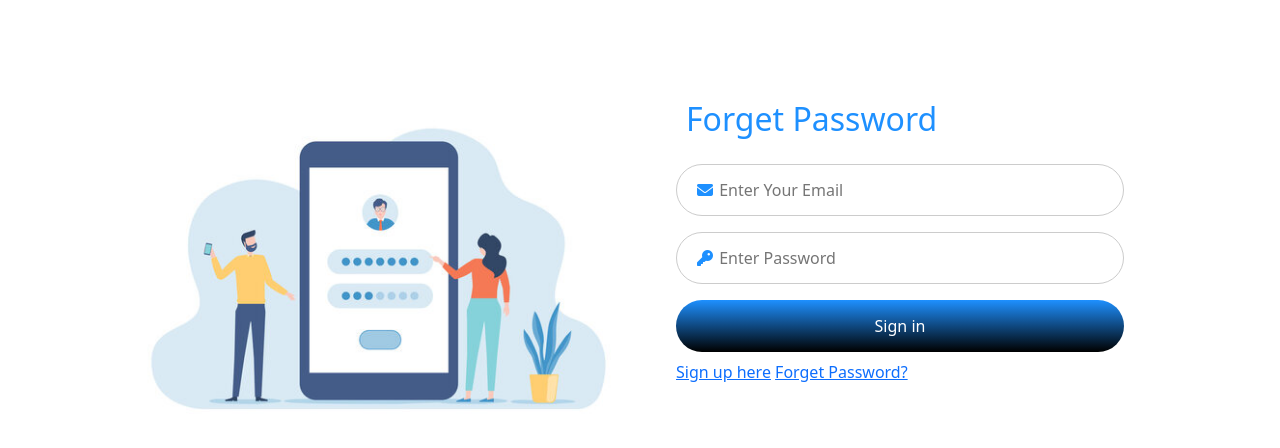
Repository: Sadia-Naveed-Shaikh/JavaScript-Website
Page: src/forgetPassword.html
These files come from the project's save history. The page is drawn as it stood at one moment and after the next save; the edit follows.
The browser window is 1280 px wide. The pictures show the whole page.
Some web libraries are served in a nearby version.

Above is the page before, as saved 2021-10-28 16:09:33.

### src/forgetPassword.html
<!DOCTYPE html>
<html>

<head>
    <meta charset="utf-8">
    <meta name="viewport" content="width=device-width, initial-scale=1.0">
    <title>Login</title>
    <link href="https://cdn.jsdelivr.net/npm/bootstrap@5.1.1/dist/css/bootstrap.min.css" rel="stylesheet">
    <script src="https://cdn.jsdelivr.net/npm/bootstrap@5.1.1/dist/js/bootstrap.bundle.min.js"></script>
    <script src="https://kit.fontawesome.com/2246d8fd03.js" crossorigin="anonymous"></script>
    <link rel="stylesheet" href="/assets/css/signin.css">
    <!-- <script type="text/javascript" src="/assets/script/signin.js"></script> -->

    <script>
        // Below function Executes on click of login button.
        function validate() {
            var email = document.getElementById("email").value;
            var password = document.getElementById("password").value;
            console.log(email);
            console.log(password);
            var user = JSON.parse(localStorage.getItem("users"));
            // console.log(user.password);
            for (var i = 0; i < user.length; i++) {
                if (user[i].email == email){
                    user[i].password == password;
                }

            }
        }

    </script>
</head>

<body>
    <div class="container">
        <div class="row">
            <div class="col-sm-6" style="align-items: center; justify-content: center;">
                <img src="/assets/images/signup.jpg" style="width: 100%; height: auto;">
            </div>
            <div class="col-sm-6">
                <form>
                    <div class="container">
                        <h2 style="padding:10px; color: dodgerblue;">Forget Password</h2>
                        <div class="input-container">
                            <i class="fa fa-envelope icon"></i>
                            <input type="text" placeholder="Enter Your Email " name="email" id="email" required>

                        </div>

                        <!-- <label for="psw"><b>Password</b></label> -->
                        <div class="input-container">
                            <i class="fa fa-key icon"></i>
                            <input type="password" placeholder="Enter Password" name="psw" id="password" required>

                        </div>
                        <button type="submit" onclick=validate()>Sign in</button>
                        <label>
                            <a href="SignUp.html">Sign up here</a>

                        </label>

                        <label>
                            <a href="forgetPassword.html">Forget Password?</a>

                        </label>
                    </div>
                </form>
            </div>


        </div>
    </div>
</body>

<!-- <script>
    var sign = new signin();
    email=document.getElementById("email").value;
    alert(email);
    password= document.getElementById("password").value;
    // sign.validate(email,password)
    document.getElementById("signin").addEventListener("click", sign.validate(email,password) );
</script> -->

</html>

### assets/css/signin.css

    <style>
        body {
            /* background-color: #20b2aa; */
            background-image: linear-gradient(to bottom right, dodgerblue, black);
        }

        .input-container {
            width: 100%;
            padding: 12px 20px;
            margin: 8px 0;
            display: inline-block;
            border: 1px solid #ccc;
            box-sizing: border-box;
            border-radius: 30px;
        }

        input:focus {
            outline: none !important;
        }

        input {
            border: none;
            width: 80%;

        }

        button {
            background-image: linear-gradient(dodgerblue, black);
            color: white;
            padding: 14px 20px;
            margin: 8px 0;
            border: none;
            cursor: pointer;
            width: 100%;
            border-radius: 30px;
        }

        .icon {
            color: dodgerblue;
        }

        button:hover {
            opacity: 0.8;
        }

        .row {
            background-color: white;
            border-radius: 20px;
            padding: 50px;
            margin-top: 40px;
        }
    </style>

After the next save:
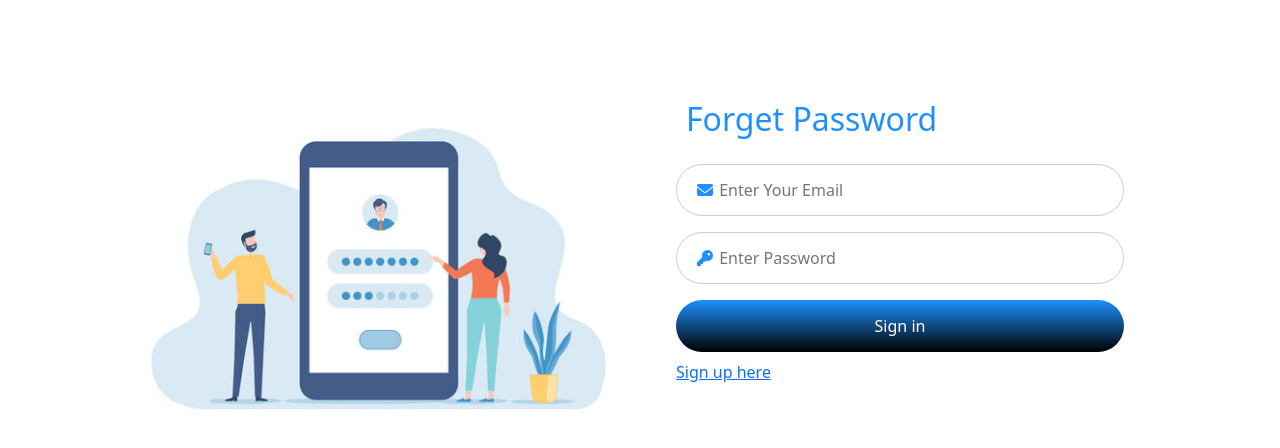
Saved 18 s later.
--- a/src/forgetPassword.html
+++ b/src/forgetPassword.html
@@ -59,10 +59,7 @@
 
                         </label>
 
-                        <label>
-                            <a href="forgetPassword.html">Forget Password?</a>
 
-                        </label>
                     </div>
                 </form>
             </div>
